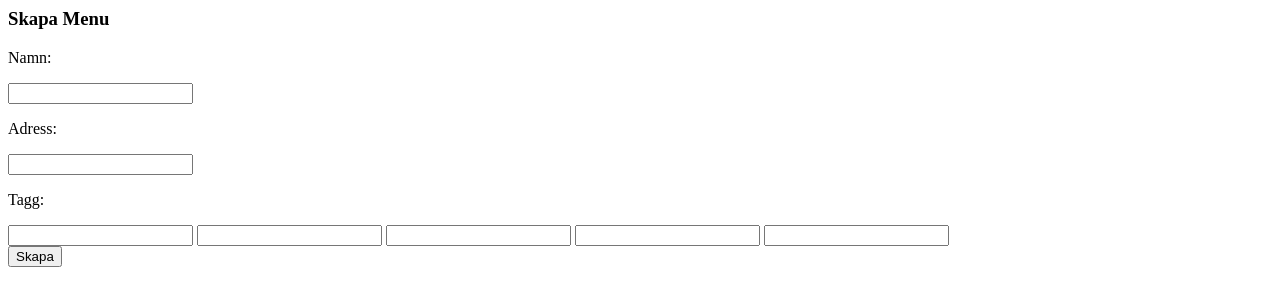
Repository: mp222sf/1dv450-clientapplication
Page: views/createMenu.html
The author's editor kept a record of every edit. The page is drawn from the files as they stood at one moment, then again after the next edit.
The browser window is 1280 px wide. The pictures show the whole page.

Above is the page before.

After the next edit:
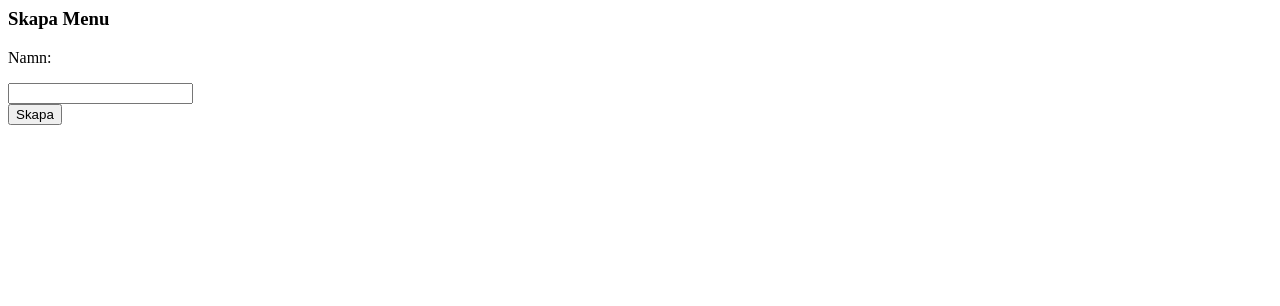
The edit:
--- a/views/createMenu.html
+++ b/views/createMenu.html
@@ -3,16 +3,6 @@
 <form method="post">
 	<p>Namn:</p>
 	<input type="text" id="createName" name="createName" data-ng-model="admin.name" />
-
-	<p>Adress:</p>
-	<input type="text" id="createAddress" name="createAddress" data-ng-model="admin.address" />
-
-	<p>Tagg:</p>
-	<input type="text" id="createTag1" name="createTag1" data-ng-model="admin.tagOne" />
-	<input type="text" id="createTag2" name="createTag2" data-ng-model="admin.tagTwo" />
-	<input type="text" id="createTag3" name="createTag3" data-ng-model="admin.tagThree" />
-	<input type="text" id="createTag4" name="createTag4" data-ng-model="admin.tagFour" />
-	<input type="text" id="createTag5" name="createTag5" data-ng-model="admin.tagFive" />
 	<br>
-	<input type="submit" name="login" value="Skapa" data-ng-click="admin.createPizzeria(admin.name, admin.address, admin.tagOne, admin.tagTwo, admin.tagThree, admin.tagFour, admin.tagFive)" />
+	<input type="submit" name="login" value="Skapa" data-ng-click="admin.createMenu(admin.name)" />
 </form>
